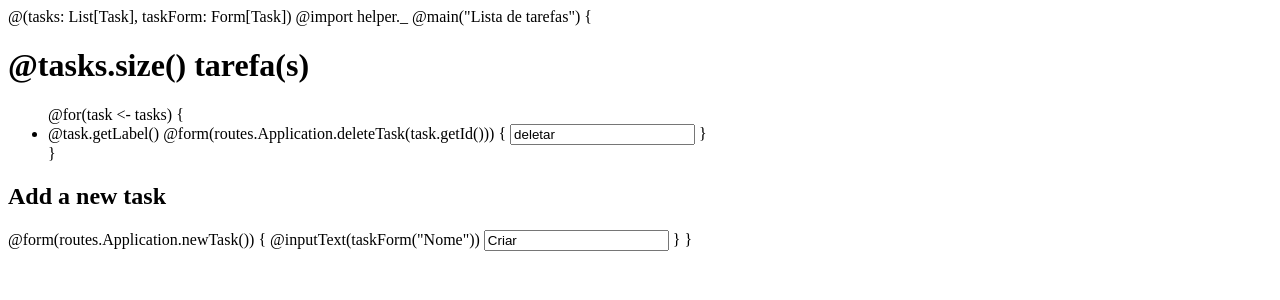
Repository: lcavalcante/si1
Page: lab2/.target/views/index.scala.html
An editor plug-in stored every save of this project. The page is shown before and after the next save, followed by the edit.
The browser window is 1280 px wide. The pictures show the whole page.

Above is the page before, as saved 2013-11-26 23:44:54.

After the next save:
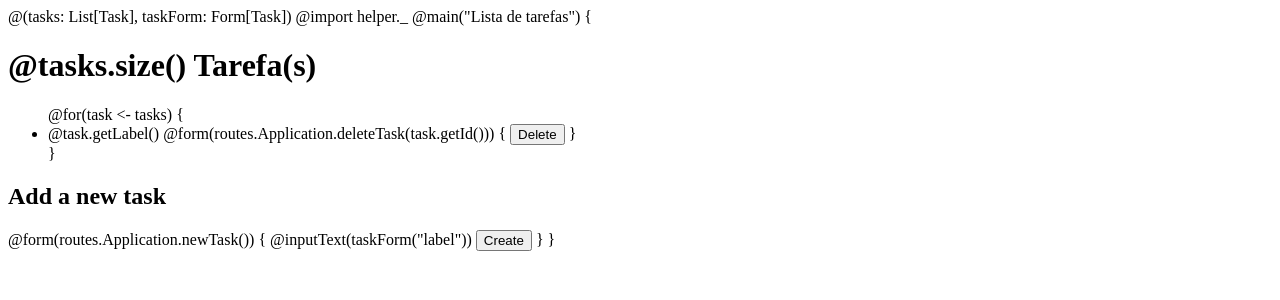
Saved 49 s later.
--- a/lab2/.target/views/index.scala.html
+++ b/lab2/.target/views/index.scala.html
@@ -4,7 +4,7 @@
 
 @main("Lista de tarefas") {
 
-    <h1>@tasks.size() tarefa(s)</h1>
+    <h1>@tasks.size() Tarefa(s)</h1>
 
     <ul>
         @for(task <- tasks) {
@@ -12,7 +12,7 @@
                 @task.getLabel()
 
                 @form(routes.Application.deleteTask(task.getId())) {
-                    <input type="enviar" value="deletar">
+                    <input type="submit" value="Delete">
                 }
             </li>
         }
@@ -22,9 +22,9 @@
 
     @form(routes.Application.newTask()) {
 
-        @inputText(taskForm("Nome"))
+        @inputText(taskForm("label"))
 
-        <input type="enviar" value="Criar">
+        <input type="submit" value="Create">
 
     }
 
